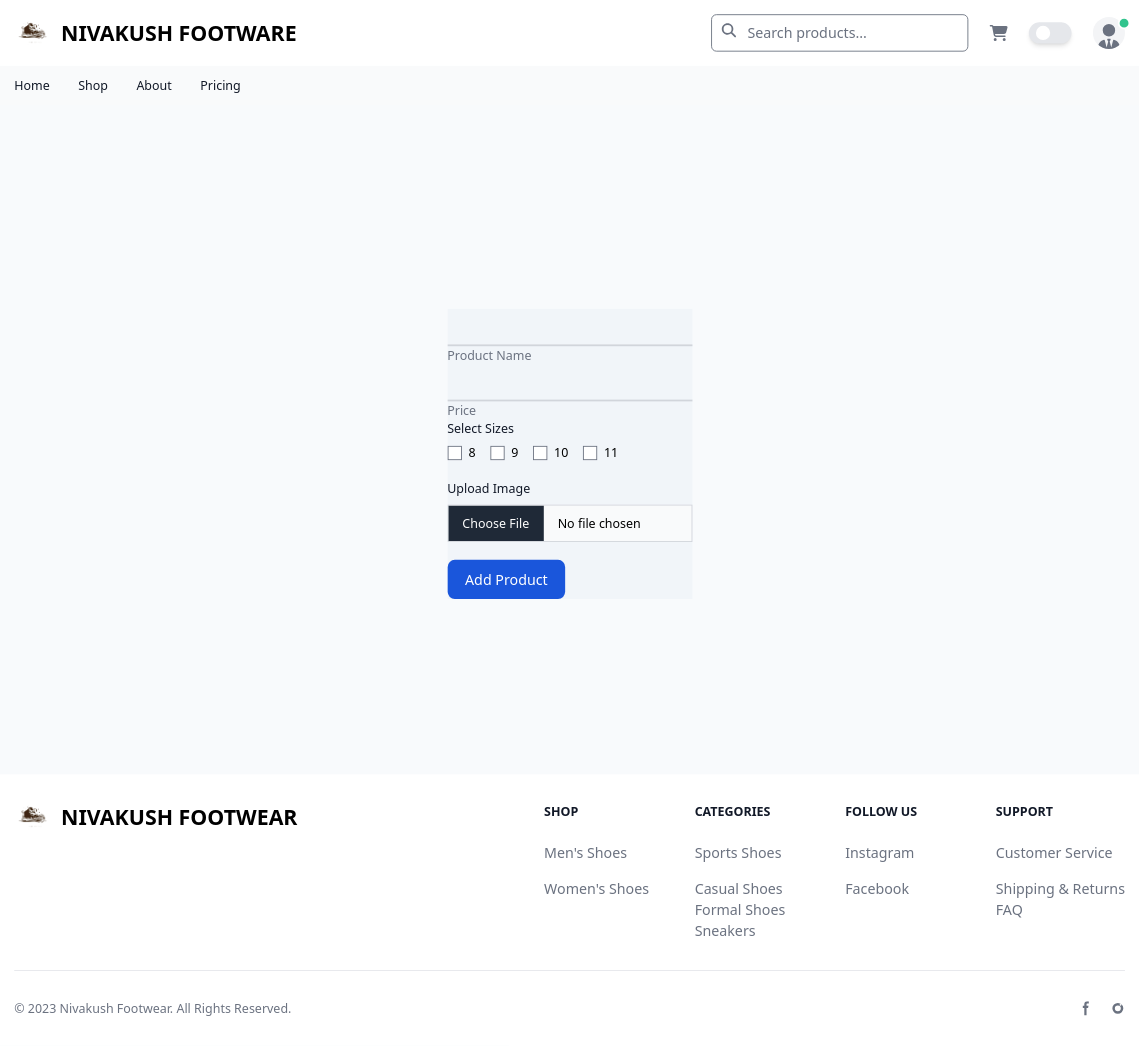
Repository: sibi24sibi/shoe-ecommerce
Page: /admin
The author's editor kept a copy of each file at every save. The page is drawn from the files as they stood at one save, then again after the next save.
The browser window is 1280 px wide. The pictures show the whole page, at 89% of full size.
Some web fonts or font styles are not loaded; a fallback is used. Some web libraries are served in a nearby version. The project was rebuilt for these pictures with package versions that can differ from the ones it lists, and the page was loaded fresh each time. Also part of the build but not shown: vite.config.js, src/Payment.jsx, src/Components/Products.jsx, src/Components/Carosel.jsx, src/Prod-page.jsx, src/Cart-page.jsx, src/ProductInfo.jsx, src/Aboutus.jsx and 3 more.

Above is the page before, as saved 2024-09-12 12:16:30.

### index.html
<!doctype html>
<html lang="en">
  <head>
    <meta charset="UTF-8" />
    <link rel="icon" type="image/svg+xml" href="/vite.svg" />
    <meta name="viewport" content="width=device-width, initial-scale=1.0" />
    <title>Vite + React</title>
    <script src="https://cdn.jsdelivr.net/npm/flowbite@2.5.1/dist/flowbite.min.js"></script>
    <link href="https://cdn.jsdelivr.net/npm/flowbite@2.5.1/dist/flowbite.min.css" rel="stylesheet" />
  </head>
  <body>
    <div id="root"></div>

    <script defer src="https://cdn.jsdelivr.net/npm/alpinejs@3.x.x/dist/cdn.min.js"></script>
    <script type="module" src="/src/main.jsx"></script>
  </body>
</html>

### src/main.jsx
import { StrictMode } from "react";
import { createRoot } from "react-dom/client";
import App from "./App.jsx";
import "./index.css";
import { BrowserRouter } from "react-router-dom";
import ShopContextProvider from "./Context/ShopContext.jsx";

createRoot(document.getElementById("root")).render(
  <BrowserRouter>
    <ShopContextProvider>
      <App />
    </ShopContextProvider>
  </BrowserRouter>
);

### src/App.jsx
import { Route, Routes } from "react-router-dom";
import "./App.css";
import { ToastContainer, toast } from "react-toastify";
import "react-toastify/dist/ReactToastify.css";
import Payment from "./Payment";
import Prodpage from "./Prod-page";
import NavBar from "./Components/NavBar";
import Footer from "./Components/Footer";

import Cartpage from "./Cart-page";
import ProductInfo from "./ProductInfo";
import About from "./Aboutus";
import Pricing from "./Pricing";
import Shop from "./Shop";
import AdminLogin from "./AdminLogin";
import Admin from "./Adminpage";
import ScrollToTop from "./ScrollToTop";

function App() {
  return (
    <>
      <div className="bg-slate-50 dark:bg-slate-950">
        <ToastContainer />

        <NavBar />
        <div className="  mx-auto md:max-w-screen-xl  max-w-screen-sm ">
          <ScrollToTop />
          <Routes>
            <Route path="/" element={<Prodpage />} />
            <Route
              path="/productInfo/:productInfoId"
              element={<ProductInfo />}
            />
            <Route path="/cart" element={<Cartpage />} />

            <Route path="/payment" element={<Payment />} />
            <Route path="/about" element={<About />} />
            <Route path="/pricing" element={<Pricing />} />
            <Route path="/shop" element={<Shop />} />
            <Route path="/login" element={<AdminLogin />} />
            <Route path="/admin" element={<Admin />} />
          </Routes>
        </div>
        <Footer />
      </div>
    </>
  );
}

export default App;

### src/Context/ShopContext.jsx
import React, { createContext, useState, useEffect } from "react";
import { productsdData } from "../assets/assets";
import { toast } from "react-toastify";

export const ShopContext = createContext();

const ShopContextProvider = (props) => {
  const [products, setProducts] = useState(productsdData);
  const [cartItems, setCartItems] = useState(() => {
    const savedCart = localStorage.getItem("cartItems");
    return savedCart ? JSON.parse(savedCart) : {};
  });

  useEffect(() => {
    localStorage.setItem("cartItems", JSON.stringify(cartItems));
  }, [cartItems]);

  useEffect(() => {
    localStorage.setItem("products", JSON.stringify(products));
  }, [products]);

  const addToCart = (itemId, size) => {
    if (!size) {
      toast.error("Select product size");
      return;
    }

    let cartData = structuredClone(cartItems);
    if (cartData[itemId]) {
      if (cartData[itemId][size]) {
        cartData[itemId][size] += 1;
      } else {
        cartData[itemId][size] = 1;
      }
    } else {
      cartData[itemId] = { [size]: 1 };
    }

    setCartItems(cartData);
    toast.success("Added to cart");
  };

  const addNewProduct = (newProduct) => {
    setProducts((prevProducts) => [...prevProducts, newProduct]);
    toast.success("New product added!");
  };

  const incrementQuantity = (itemId, size) => {
    let cartData = structuredClone(cartItems);
    if (cartData[itemId]) {
      if (cartData[itemId][size]) {
        cartData[itemId][size] += 1;
      } else {
        cartData[itemId][size] = 1;
      }
      setCartItems(cartData);
    }
  };

  const decrementQuantity = (itemId, size) => {
    let cartData = structuredClone(cartItems);
    if (cartData[itemId] && cartData[itemId][size]) {
      if (cartData[itemId][size] > 1) {
        cartData[itemId][size] -= 1;
      } else {
        delete cartData[itemId][size];
        if (Object.keys(cartData[itemId]).length === 0) {
          delete cartData[itemId];
        }
      }
      setCartItems(cartData);
    }
  };

  const deleteItem = (itemId, size) => {
    let cartData = structuredClone(cartItems);
    if (cartData[itemId] && cartData[itemId][size]) {
      delete cartData[itemId][size];
      if (Object.keys(cartData[itemId]).length === 0) {
        delete cartData[itemId];
      }
      setCartItems(cartData);
    }
  };

  const getCartCount = () => {
    let totalCount = 0;
    for (const item in cartItems) {
      for (const size in cartItems[item]) {
        totalCount += cartItems[item][size];
      }
    }
    return totalCount;
  };

  return (
    <ShopContext.Provider
      value={{
        products,
        cartItems,
        addToCart,
        addNewProduct,
        incrementQuantity,
        decrementQuantity,
        deleteItem,
        getCartCount,
      }}
    >
      {props.children}
    </ShopContext.Provider>
  );
};

export default ShopContextProvider;

### src/App.css
@import url('https://fonts.googleapis.com/css2?family=Playwrite+CU:wght@100..400&family=Unlock&display=swap');
.sticky-top {
    position: -webkit-sticky;
    position: sticky;
    top: 0;
    z-index: 1020;
}



.carosel-caption {
  font-family: "Unlock", serif;
  font-weight: 100;
  font-style: normal;
  letter-spacing:2px;
}

@media (max-width: 768px) {
    .Toastify__toast-container {
      top: auto !important;
      bottom: 0 !important;

    }
  }

### src/Components/NavBar.jsx
import { useState, useEffect, useContext } from "react";
import { FontAwesomeIcon } from "@fortawesome/react-fontawesome";
import {
  faCartShopping,
  faMoon,
  faSun,
  faSearch,
  faUserTie,
  faUser,
} from "@fortawesome/free-solid-svg-icons";
import { NavLink } from "react-router-dom";
import { assets } from "../assets/assets";
import { ShopContext } from "../Context/ShopContext";

function NavBar() {
  const [darkTheme, setDarkTheme] = useState(false);

  useEffect(() => {
    if (darkTheme) {
      document.documentElement.classList.add("dark");
    } else {
      document.documentElement.classList.remove("dark");
    }
  }, [darkTheme]);

  const toggleTheme = () => {
    setDarkTheme((prevTheme) => !prevTheme);
  };

  const { getCartCount } = useContext(ShopContext);

  return (
    <div className="mb-8 sticky-top">
      {/* Top Navbar */}
      <nav className="bg-white border-gray-200 dark:bg-gray-900">
        <div className="flex flex-wrap justify-between items-center mx-auto max-w-screen-2xl p-4">
          <a
            href="#"
            className="flex items-center space-x-3 rtl:space-x-reverse"
          >
            <img src={assets.Logo} className="h-8" alt="Shop Logo" />
            <span className="self-center text-xs/[0.2555rem] uppercase md:text-2xl    md:font-semibold  font-normal whitespace-nowrap dark:text-white">
              Nivakush Footware
            </span>
          </a>
          <div className="flex items-center space-x-6 rtl:space-x-reverse">
            {/* Search Bar */}
            <div className="relative hidden sm:block">
              <input
                type="text"
                placeholder="Search products..."
                className="pl-10 pr-4 py-2 border rounded-md dark:bg-gray-800 dark:text-white"
              />
              <FontAwesomeIcon
                icon={faSearch}
                className="absolute left-3 top-2.5 text-gray-500 dark:text-gray-400"
              />
            </div>

            <NavLink
              to="/cart"
              className="    text-gray-500 dark:text-white hover:underline relative"
            >
              <div className="flex items-center relative">
                <FontAwesomeIcon
                  icon={faCartShopping}
                  className=" text-sm md:text-lg"
                />
                {getCartCount() > 0 && (
                  <span className="absolute -top-1 -right-2 bg-red-500 text-white text-xs rounded-full w-4 h-4 flex items-center justify-center">
                    {getCartCount()}
                  </span>
                )}
              </div>
            </NavLink>

            <button
              onClick={toggleTheme}
              className="relative inline-flex items-center  text-sm md:text-lg p-1 bg-gray-200 dark:bg-gray-600 rounded-full md:w-12 md:h-6 w-6   h-3 transition-colors duration-300 focus:outline-none shadow-md"
            >
              <span
                className={`absolute inline-block md:w-4 md:h-4 w-2 h-2 bg-white dark:bg-gray-300 rounded-full transition-transform transform ${
                  darkTheme
                    ? "translate-x-3 md:translate-x-6"
                    : "translate-x-0 md:translate-x-1"
                }`}
              />
              <span className="sr-only">Toggle Theme</span>
            </button>

            <NavLink
              to="/login "
              className="text-sm text-gray-500   md:text-lg dark:text-white hover:underline"
            >
              <div className="relative">
                <div className="relative md:w-9 md:h-9 w-5  h-5 text-center overflow-hidden bg-gray-100 rounded-full dark:bg-gray-600">
                  <FontAwesomeIcon
                    icon={faUserTie}
                    className=" md:w-7 md:h-7   translate-y-[0.15rem] md:translate-y-2"
                  />
                </div>
                <span className="top-0 left-4 absolute   w-2 h-2 bg-green-400 border-2 border-white dark:border-gray-800  block md:hidden rounded-full"></span>
                <span className="top-0 left-7 absolute  w-3.5 h-3.5 bg-green-400 border-2 border-white dark:border-gray-800  hidden md:block rounded-full"></span>
              </div>
            </NavLink>
          </div>
        </div>
      </nav>

      {/* Bottom Navbar */}
      <nav className="bg-gray-50 dark:bg-gray-700 sticky top-0 z-50">
        <div className="max-w-screen-xl px-4 py-3 mx-auto">
          <ul className="flex flex-row font-medium mt-0 space-x-8 rtl:space-x-reverse text-sm">
            <li>
              <NavLink
                to="/"
                className="text-gray-900 dark:text-white hover:underline"
                aria-current="page"
              >
                Home
              </NavLink>
            </li>
            <li>
              <NavLink
                to="/shop"
                className="text-gray-900 dark:text-white hover:underline"
              >
                Shop
              </NavLink>
            </li>
            <li>
              <NavLink
                to="/about"
                className="text-gray-900 dark:text-white hover:underline"
              >
                About
              </NavLink>
            </li>
            <li>
              <NavLink
                to="/pricing"
                className="text-gray-900 dark:text-white hover:underline"
              >
                Pricing
              </NavLink>
            </li>
          </ul>
        </div>
      </nav>
    </div>
  );
}

export default NavBar;

### src/Components/Footer.jsx
import React from "react";
import { assets } from "../assets/assets";

function Footer() {
  return (
    <>
      <footer className="bg-white dark:bg-gray-900">
        <div className="mx-auto w-full max-w-screen p-4 py-6 lg:py-8">
          <div className="md:flex md:justify-between">
            <div className="mb-6 md:mb-0">
              <a href="/" className="flex items-center">
                <img
                  src={assets.Logo}
                  className="h-8 me-3"
                  alt="Nivakush Logo"
                />
                <span className="self-center text-sm uppercase md:text-2xl font-semibold whitespace-nowrap dark:text-white">
                  Nivakush Footwear
                </span>
              </a>
            </div>
            <div className="grid grid-cols-2 gap-8 sm:gap-6 sm:grid-cols-4">
              <div>
                <h2 className="mb-6 text-sm font-semibold text-gray-900 uppercase dark:text-white">
                  Shop
                </h2>
                <ul className="text-gray-500 dark:text-gray-400 font-medium">
                  <li className="mb-4">
                    <a href="#" className="hover:underline">
                      Men's Shoes
                    </a>
                  </li>
                  <li>
                    <a href="#" className="hover:underline">
                      Women's Shoes
                    </a>
                  </li>
                </ul>
              </div>
              <div>
                <h2 className="mb-6 text-sm font-semibold text-gray-900 uppercase dark:text-white">
                  Categories
                </h2>
                <ul className="text-gray-500 dark:text-gray-400 font-medium">
                  <li className="mb-4">
                    <a href="#" className="hover:underline">
                      Sports Shoes
                    </a>
                  </li>
                  <li>
                    <a href="#" className="hover:underline">
                      Casual Shoes
                    </a>
                  </li>
                  <li>
                    <a href="#" className="hover:underline">
                      Formal Shoes
                    </a>
                  </li>
                  <li>
                    <a href="#" className="hover:underline">
                      Sneakers
                    </a>
                  </li>
                </ul>
              </div>
              <div>
                <h2 className="mb-6 text-sm font-semibold text-gray-900 uppercase dark:text-white">
                  Follow us
                </h2>
                <ul className="text-gray-500 dark:text-gray-400 font-medium">
                  <li className="mb-4">
                    <a href="#" className="hover:underline">
                      Instagram
                    </a>
                  </li>
                  <li>
                    <a href="#" className="hover:underline">
                      Facebook
                    </a>
                  </li>
                </ul>
              </div>

              <div>
                <h2 className="mb-6 text-sm font-semibold text-gray-900 uppercase dark:text-white">
                  Support
                </h2>
                <ul className="text-gray-500 dark:text-gray-400 font-medium">
                  <li className="mb-4">
                    <a href="#" className="hover:underline">
                      Customer Service
                    </a>
                  </li>
                  <li>
                    <a href="#" className="hover:underline">
                      Shipping & Returns
                    </a>
                  </li>
                  <li>
                    <a href="#" className="hover:underline">
                      FAQ
                    </a>
                  </li>
                </ul>
              </div>
            </div>
          </div>
          <hr className="my-6 border-gray-200 sm:mx-auto dark:border-gray-700 lg:my-8" />
          <div className="sm:flex sm:items-center sm:justify-between">
            <span className="text-sm text-gray-500 sm:text-center dark:text-gray-400">
              © 2023 Nivakush Footwear. All Rights Reserved.
            </span>
            <div className="flex mt-4 sm:justify-center sm:mt-0">
              <a
                href="#"
                className="text-gray-500 hover:text-gray-900 dark:hover:text-white"
              >
                <svg
                  className="w-4 h-4"
                  aria-hidden="true"
                  xmlns="http://www.w3.org/2000/svg"
                  fill="currentColor"
                  viewBox="0 0 8 19"
                >
                  <path
                    fillRule="evenodd"
                    d="M6.135 3H8V0H6.135a4.147 4.147 0 0 0-4.142 4.142V6H0v3h2v9.938h3V9h2.021l.592-3H5V3.591A.6.6 0 0 1 5.592 3h.543Z"
                    clipRule="evenodd"
                  />
                </svg>
                <span className="sr-only">Facebook page</span>
              </a>
              <a
                href="#"
                className="text-gray-500 hover:text-gray-900 dark:hover:text-white ms-5"
              >
                <svg
                  className="w-4 h-4"
                  aria-hidden="true"
                  xmlns="http://www.w3.org/2000/svg"
                  fill="currentColor"
                  viewBox="0 0 20 20"
                >
                  <path
                    fillRule="evenodd"
                    d="M10 2.3A7.7 7.7 0 1 0 17.7 10 7.7 7.7 0 0 0 10 2.3Zm4.2 7.7a4.2 4.2 0 1 1-8.4 0 4.2 4.2 0 0 1 8.4 0ZM15 5a1.25 1.25 0 1 1-2.5 0A1.25 1.25 0 0 1 15 5Z"
                    clipRule="evenodd"
                  />
                </svg>
                <span className="sr-only">Instagram page</span>
              </a>
            </div>
          </div>
        </div>
      </footer>
    </>
  );
}

export default Footer;

### src/Adminpage.jsx
import React, { useContext, useState } from "react";
import { ShopContext } from "./Context/ShopContext"; // Import the context

function AddProductForm() {
  const { addNewProduct } = useContext(ShopContext); // Get the addNewProduct function from context

  const [productName, setProductName] = useState("");
  const [price, setPrice] = useState("");
  const [selectedSizes, setSelectedSizes] = useState([]);
  const [image, setImage] = useState(null);

  const handleSizeChange = (e) => {
    const size = e.target.value;
    setSelectedSizes((prevSizes) =>
      prevSizes.includes(size)
        ? prevSizes.filter((s) => s !== size)
        : [...prevSizes, size]
    );
  };

  const generateRandomId = () => {
    return Math.floor(Math.random() * 1000000) + Date.now();
  };

  const handleImageUpload = (e) => {
    setImage(e.target.files[0]);
  };

  const handleSubmit = (e) => {
    e.preventDefault();
    const newProduct = {
      _id: generateRandomId(),
      name: productName,
      image: image ? URL.createObjectURL(image) : null,
      price: parseFloat(price),
      size: selectedSizes,
      description:
        "This shoe is made with a breathable cushioning for comfort and support. It's designed for indoor use, perfect for play or sports.",
      rating: 4.5,
      reviews: 120,
      brand: "Gazelle",
      manufacturingDetails: {
        country: "China",
        material: "Synthetic, Rubber",
        year: "2023",
      },
      warranty: "6 months manufacturer warranty",
      additionalFeatures: [
        "Chunky sole for added style",
        "Synthetic upper with bold color blocks",
        "Rubber outsole for durability",
      ],
    };

    addNewProduct(newProduct); // Add the product to the context
  };

  return (
    <div className="flex justify-center items-center h-screen">
      <form className="max-w-md mx-auto bg-slate-100" onSubmit={handleSubmit}>
        <div className="relative z-0 w-full mb-5 group">
          <input
            type="text"
            name="product_name"
            id="product_name"
            className="block py-2.5  w-full text-sm dark:text-gray-100 px-2 text-gray-900 bg-transparent border-0 border-b-2 border-gray-300"
            placeholder=" "
            value={productName}
            onChange={(e) => setProductName(e.target.value)}
            required
          />
          <label
            htmlFor="product_name"
            className="absolute text-sm text-gray-500"
          >
            Product Name
          </label>
        </div>

        <div className="relative z-0 w-full mb-5 group">
          <input
            type="number"
            name="price"
            id="price"
            className="block py-2.5  w-full text-sm dark:text-gray-100 px-2 text-gray-900 bg-transparent border-0 border-b-2 border-gray-300"
            placeholder=" "
            value={price}
            onChange={(e) => setPrice(e.target.value)}
            required
          />
          <label htmlFor="price" className="absolute text-sm text-gray-500">
            Price
          </label>
        </div>

        <div className="mb-5">
          <label className="block text-sm font-medium dark:text-gray-100  text-gray-900 mb-2">
            Select Sizes
          </label>
          <div className="flex gap-4">
            {["8", "9", "10", "11"].map((size) => (
              <div key={size} className="flex items-center">
                <input
                  type="checkbox"
                  id={`size_${size}`}
                  value={size}
                  onChange={handleSizeChange}
                  className="mr-2"
                />
                <label
                  htmlFor={`size_${size}`}
                  className="text-sm dark:text-gray-100 "
                >
                  {size}
                </label>
              </div>
            ))}
          </div>
        </div>

        <div className="mb-5">
          <label className="block text-sm font-medium text-gray-900 mb-2 dark:text-gray-100 ">
            Upload Image
          </label>
          <input
            type="file"
            accept="image/*"
            onChange={handleImageUpload}
            className="block w-full text-sm bg-gray-50 border border-gray-300"
          />
        </div>

        <button
          type="submit"
          className="text-white bg-blue-700 hover:bg-blue-800 px-5 py-2.5 rounded-lg"
        >
          Add Product
        </button>
      </form>
    </div>
  );
}

export default AddProductForm;

Loaded but not shown: src/index.css (common file); src/ScrollToTop.js (common file); tailwind.config.js (common file); src/assets/assets.js (313 lines, source omitted)

After the next save:
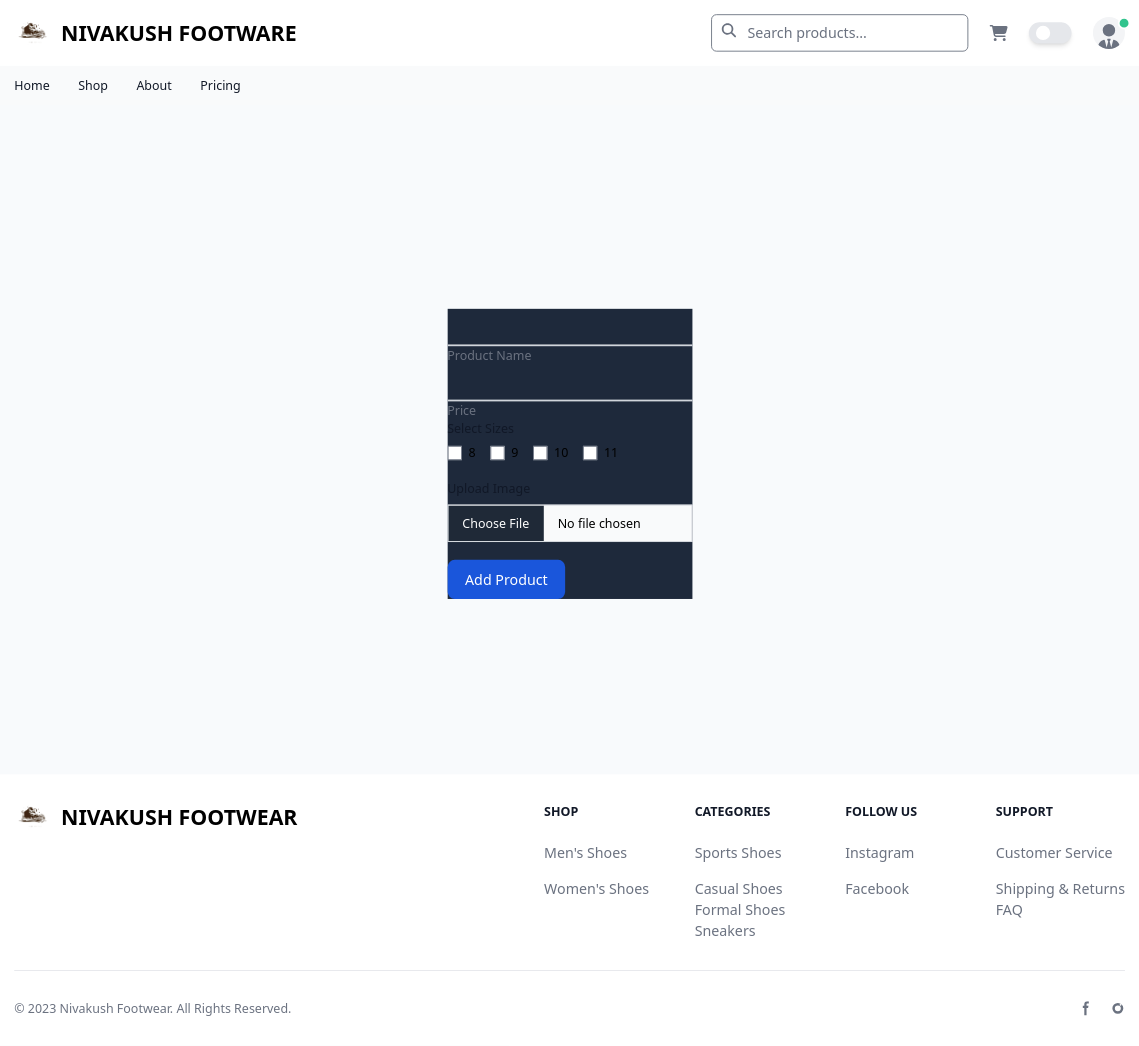
Saved 5 s later.
--- a/src/Adminpage.jsx
+++ b/src/Adminpage.jsx
@@ -57,7 +57,7 @@ function AddProductForm() {
 
   return (
     <div className="flex justify-center items-center h-screen">
-      <form className="max-w-md mx-auto bg-slate-100" onSubmit={handleSubmit}>
+      <form className="max-w-md mx-auto bg-slate-800" onSubmit={handleSubmit}>
         <div className="relative z-0 w-full mb-5 group">
           <input
             type="text"
